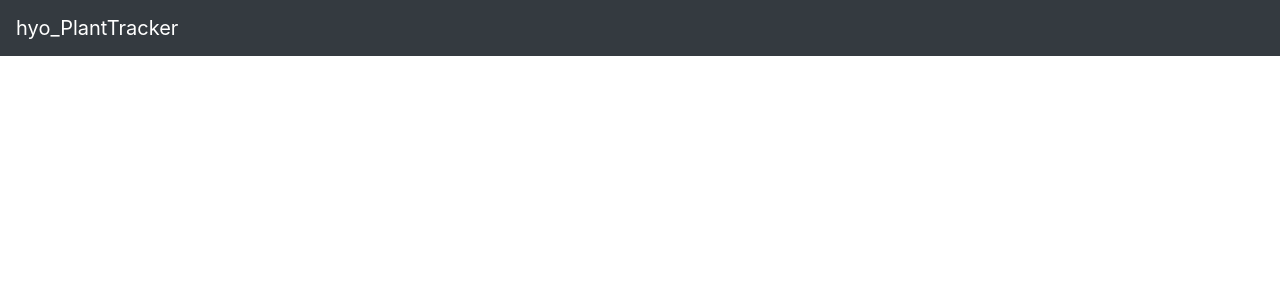
Repository: emersonwilliams/HYO_PlantTracker
Page: capstone_app/plant_tracker/templates/myplants.html
An editor plug-in stored every save of this project. The page is shown before and after the next save, followed by the edit.
The browser window is 1280 px wide. The pictures show the whole page.

Above is the page before, as saved 2020-08-01 22:25:45.

After the next save:
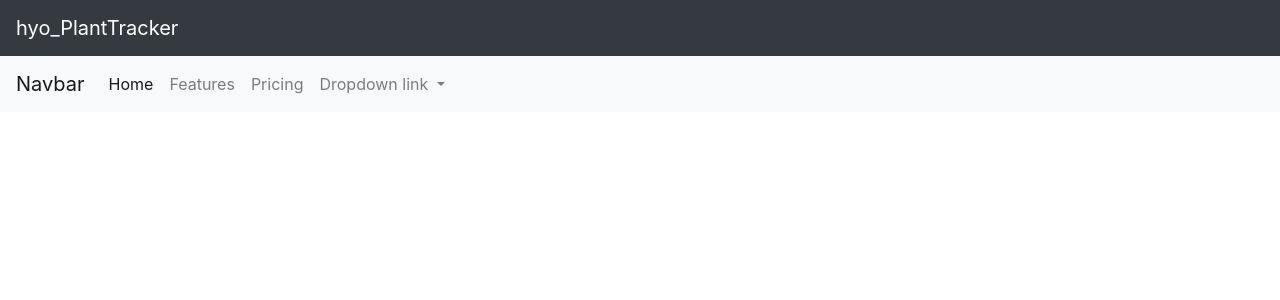
Saved 4 min 46 s later.
--- a/capstone_app/plant_tracker/templates/myplants.html
+++ b/capstone_app/plant_tracker/templates/myplants.html
@@ -17,7 +17,35 @@
       hyo_PlantTracker
       </a>
     </nav>
-
+    <nav class="navbar navbar-expand-lg navbar-light bg-light">
+        <a class="navbar-brand" href="#">Navbar</a>
+        <button class="navbar-toggler" type="button" data-toggle="collapse" data-target="#navbarNavDropdown" aria-controls="navbarNavDropdown" aria-expanded="false" aria-label="Toggle navigation">
+          <span class="navbar-toggler-icon"></span>
+        </button>
+        <div class="collapse navbar-collapse" id="navbarNavDropdown">
+          <ul class="navbar-nav">
+            <li class="nav-item active">
+              <a class="nav-link" href="#">Home <span class="sr-only">(current)</span></a>
+            </li>
+            <li class="nav-item">
+              <a class="nav-link" href="#">Features</a>
+            </li>
+            <li class="nav-item">
+              <a class="nav-link" href="#">Pricing</a>
+            </li>
+            <li class="nav-item dropdown">
+              <a class="nav-link dropdown-toggle" href="#" id="navbarDropdownMenuLink" role="button" data-toggle="dropdown" aria-haspopup="true" aria-expanded="false">
+                Dropdown link
+              </a>
+              <div class="dropdown-menu" aria-labelledby="navbarDropdownMenuLink">
+                <a class="dropdown-item" href="#">Action</a>
+                <a class="dropdown-item" href="#">Another action</a>
+                <a class="dropdown-item" href="#">Something else here</a>
+              </div>
+            </li>
+          </ul>
+        </div>
+      </nav>
 
     <div class="container">
     <!-- Content here -->
